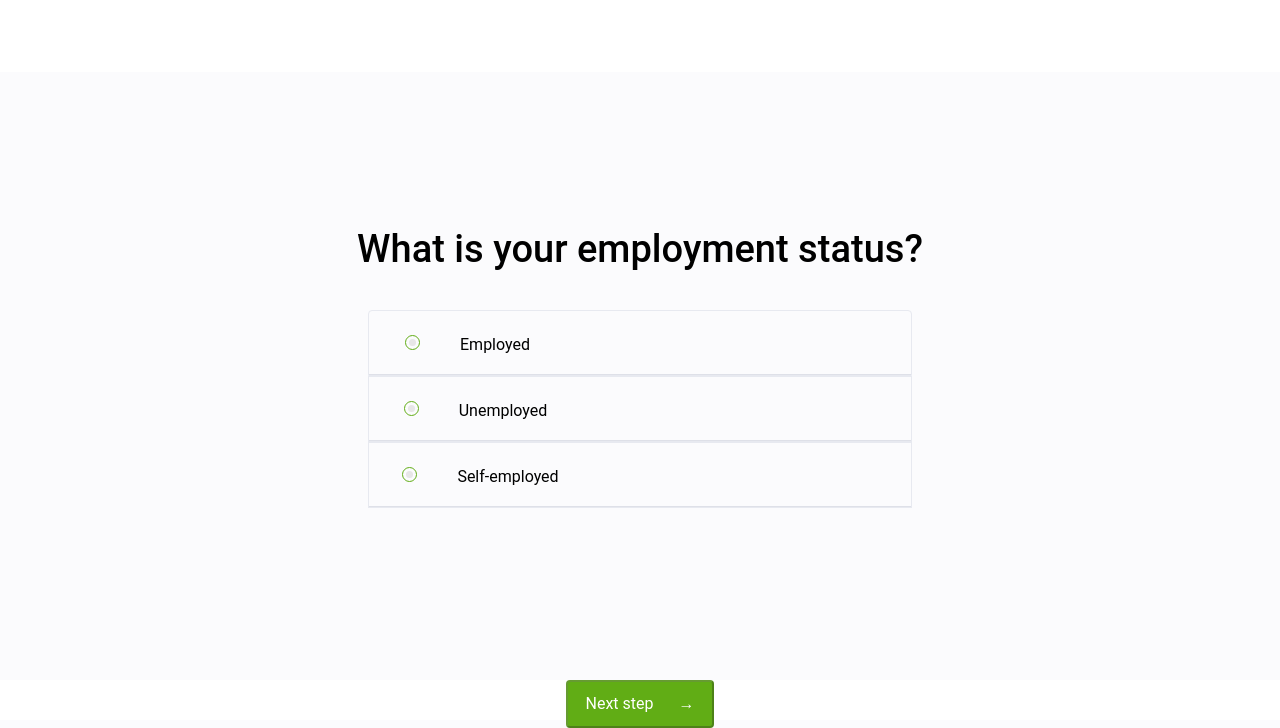
Repository: andbilous/task-survey
Page: /employment-status
These files come from the project's save history. The page is drawn as it stood at one moment and after the next save; the edit follows.
The browser window is 1280 px wide. The pictures show the whole page.
The project was rebuilt for these pictures with package versions that can differ from the ones it lists, and the page was loaded fresh each time. Also part of the build but not shown: src/pages/FillingStatus.jsx, src/pages/Proprietorships.jsx, src/pages/Score.jsx.

Above is the page before, as saved 2020-06-18 19:21:33.

After the next save:
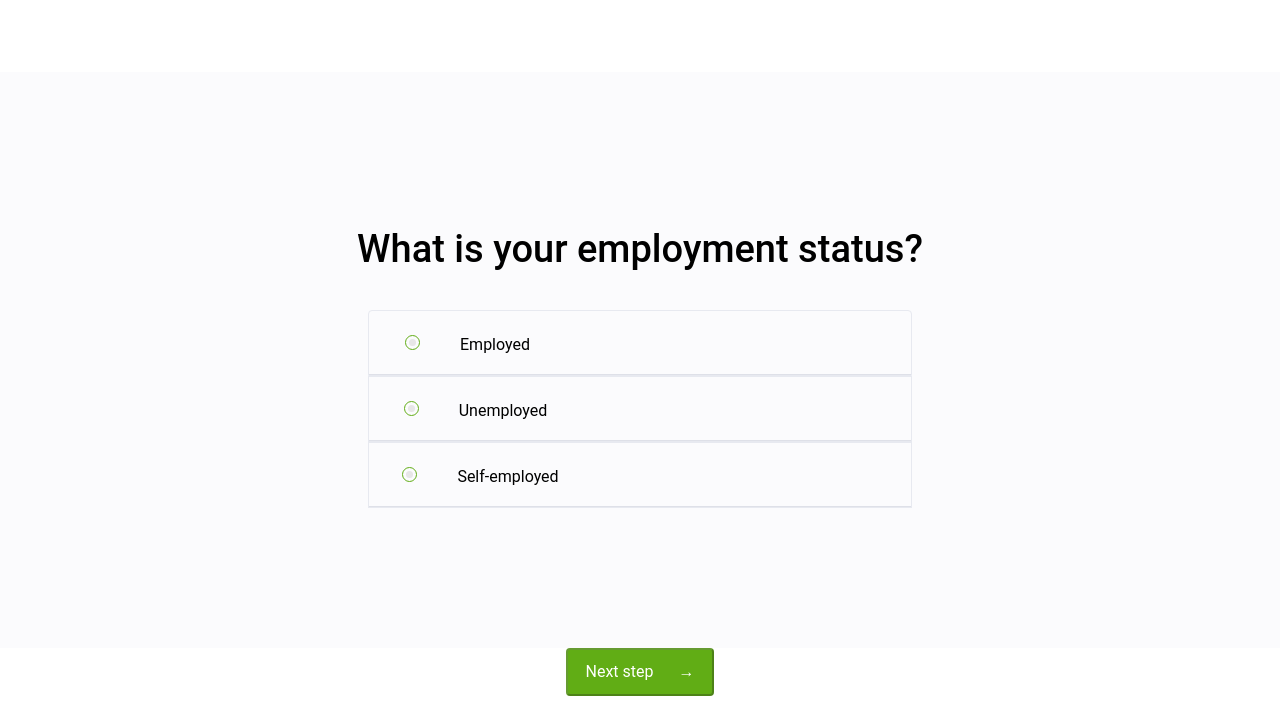
Saved 21 s later.
--- a/src/components/Footer.jsx
+++ b/src/components/Footer.jsx
@@ -60,7 +60,7 @@ const styles = {
     position: "absolute",
     bottom: "0",
     width: "100%",
-    height: "2.5rem",
+    height: "72px",
     backgroundColor: "#fff",
     paddingBottom: '10px'
   },
